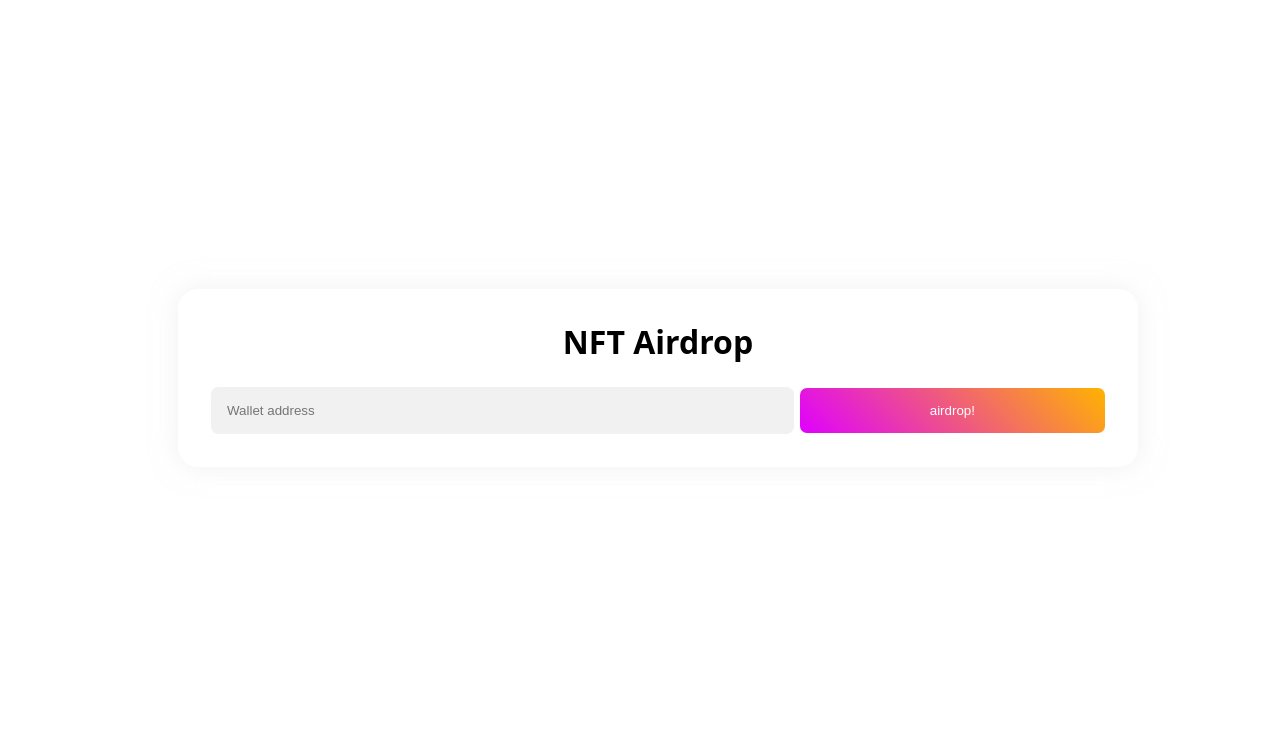
Repository: langf00rd/nft-airdropper
Page: /
The author's editor kept a copy of each file at every save. The page is drawn from the files as they stood at one save, then again after a run of saves.
The browser window is 1280 px wide. The pictures show the whole page.
The project was rebuilt for these pictures with package versions that can differ from the ones it lists, and the page was loaded fresh each time.

Above is the page before, as saved 2022-07-15 17:30:21.

### src/index.css
body {
  font-family: system-ui, -apple-system, BlinkMacSystemFont, 'Segoe UI', Roboto, Oxygen, Ubuntu, Cantarell, 'Open Sans', 'Helvetica Neue', sans-serif;
  /* background: #f1f1f1; */
}

* {
  overflow: hidden;
}

main {
  width: 100vw;
  height: 100vh;
  display: flex;
  align-items: center;
  justify-content: center;
  flex-direction: column;
  padding: 10px;
}

.content {
  /* background: #fff; */
  padding: 30px;
  width: 100%;
  max-width: 900px;
  box-shadow: 0 0 26px #e3e3e387;
  padding-top: 10px;
  border-radius: 20px;
}

.input-container {
  display: flex;
  align-items: center;
  justify-content: center;
}


input,
button {
  padding: 15px;
  width: 100%;
  margin: 3px;
  border: none;
  outline: none;
  border-radius: 7px;
  transition: .2s linear;
}

input {
  border: 1px solid #f1f1f1;
  background: #f1f1f1;
  flex: 2;
}

input:focus {
  background: #fff;
}

button {
  /* width: 20%; */
  flex: 1;
  cursor: pointer;
  color: #fff;
  background: linear-gradient(45deg, #df00ff, #ffb300);
}

button:active {
  transform: scale(.9);
}

### src/App.js
import './App.css';

function App() {
  return (
    <div className="App">
      <main>
        <div className='content'>
          <h1>NFT Airdrop</h1>
          <div className='input-container'>
            <input placeholder='Wallet address' />
            <button>airdrop!</button>
          </div>
        </div>
      </main>
    </div >
  );
}

export default App;

Loaded but not shown: public/index.html (common file); src/index.js (common file); src/reportWebVitals.js (common file); src/App.css (common file)

After the next 3 saves:
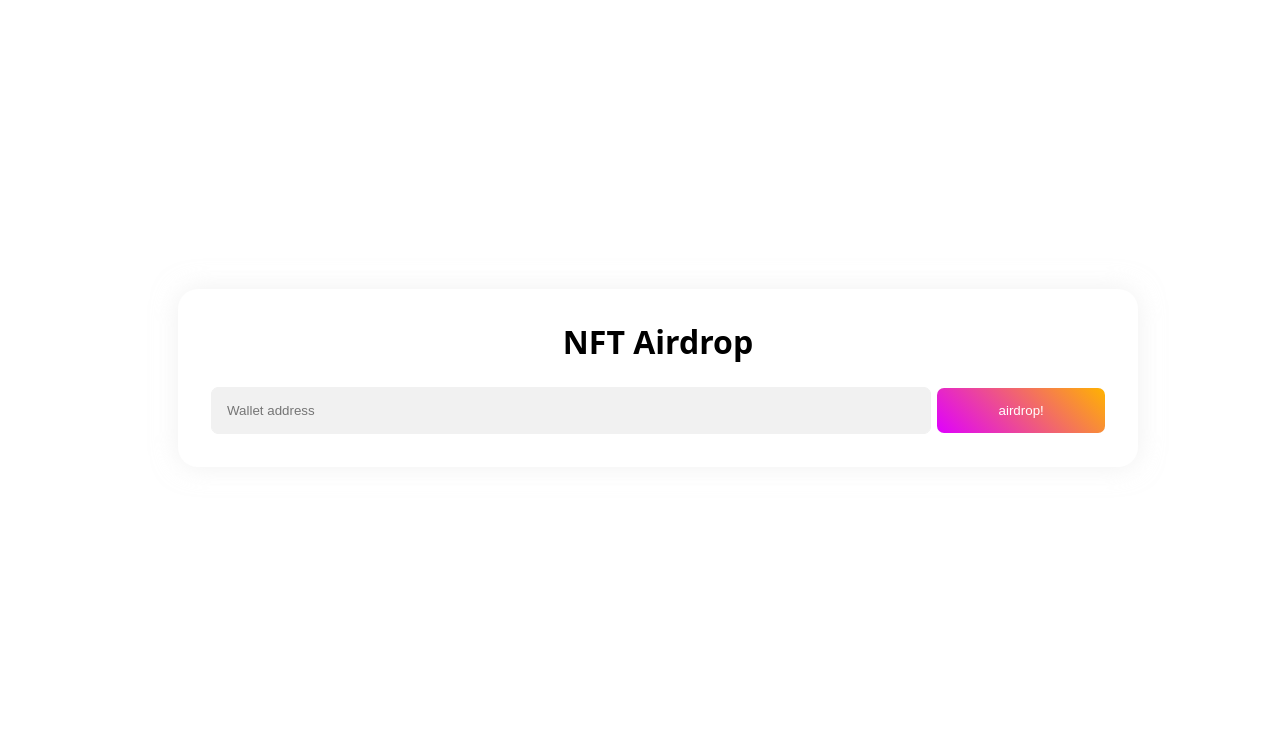
The 3 saves are shown as one change because they came seconds apart.
The last was saved 11 s later.
--- a/src/index.css
+++ b/src/index.css
@@ -48,7 +48,7 @@ button {
 input {
   border: 1px solid #f1f1f1;
   background: #f1f1f1;
-  flex: 2;
+  flex: 5;
 }
 
 input:focus {
